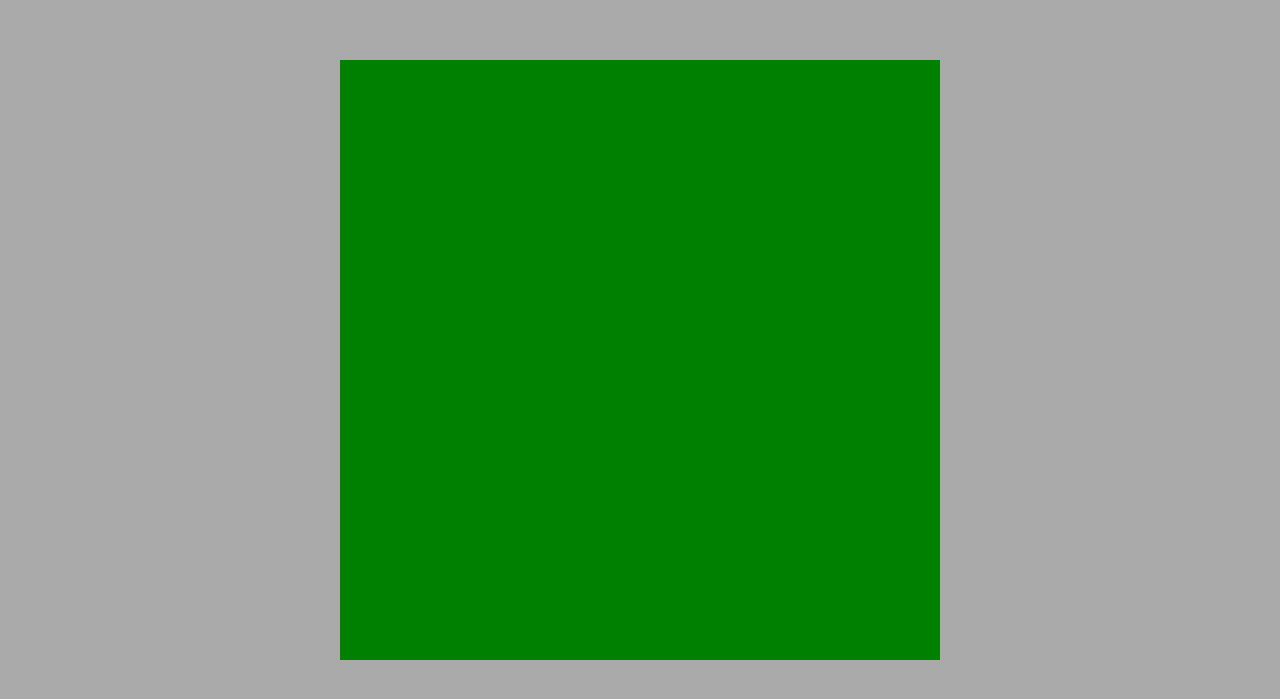
Repository: Hcmwebs/jsInbuiltMethod
Page: tic-tac-toe/index.html
These files come from the project's save history. The page is drawn as it stood at one moment and after the next save; the edit follows.
The browser window is 1280 px wide. The pictures show the whole page.

Above is the page before, as saved 2020-11-20 15:51:04.

After the next save:
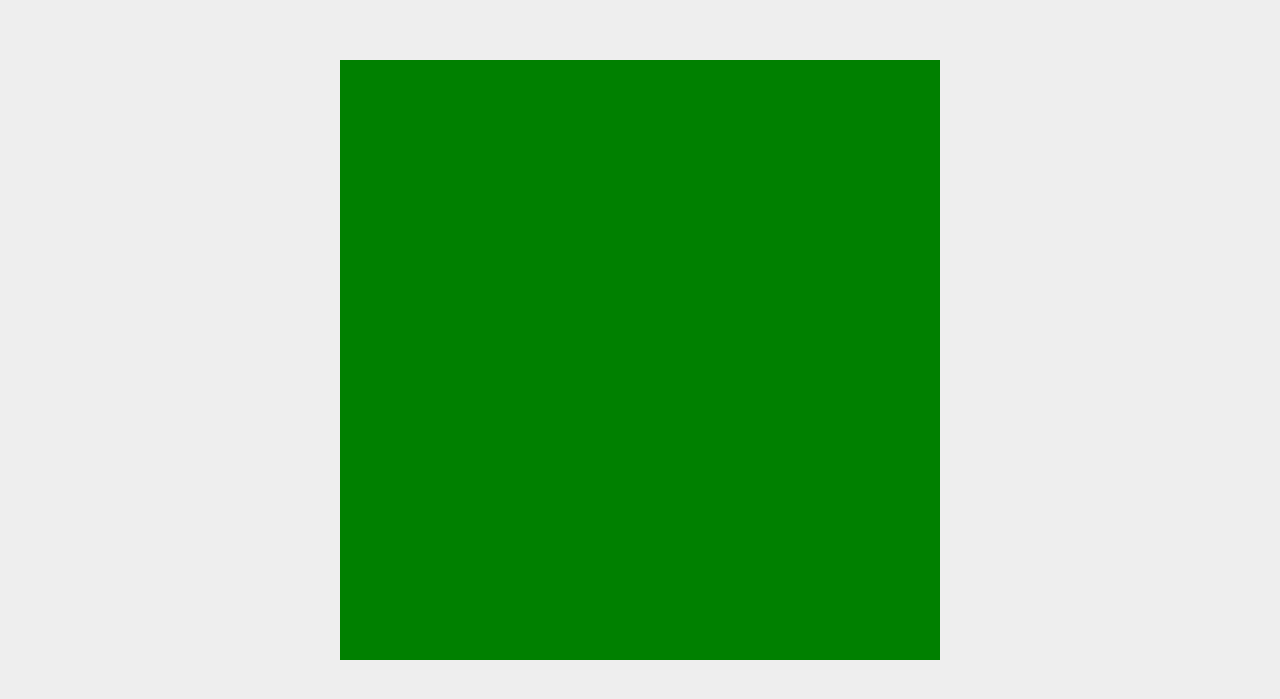
Saved 7 s later.
--- a/tic-tac-toe/style.css
+++ b/tic-tac-toe/style.css
@@ -7,7 +7,7 @@ body{
   box-sizing: border-box;
   display: grid;
   place-items: center;
-  background-color: #aaa;
+  background-color: #eee;
 }
 
 
